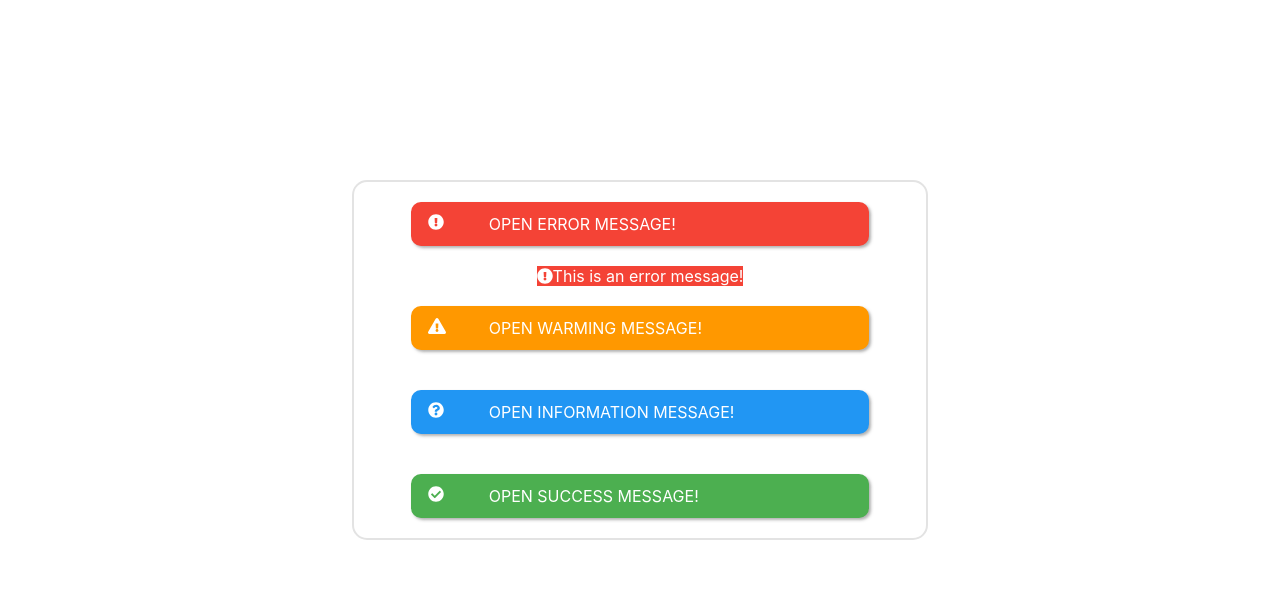
Repository: KrzysKolo/sr_tydzien5_zad2
Page: /, after clicking the first element matching `div.btn`
An editor plug-in stored every save of this project. The page is shown before and after the next save, followed by the edit.
The browser window is 1280 px wide. The pictures show the whole page.
The project was rebuilt for these pictures with package versions that can differ from the ones it lists, and the page was loaded fresh each time.

Above is the page before, as saved 2020-12-28 03:41:41.

After the next save:
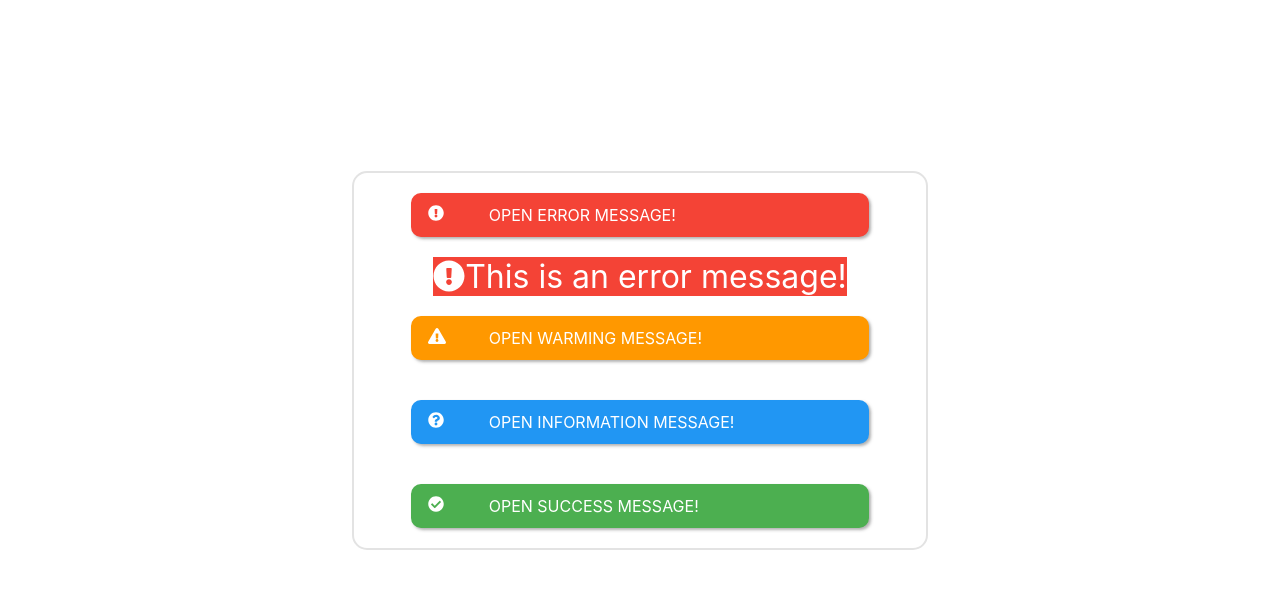
Saved 36 s later.
--- a/src/App.css
+++ b/src/App.css
@@ -33,6 +33,9 @@ body {
   box-shadow: 2px 2px 3px rgba(102, 102, 102, 0.5);
   transition: all 0.3s ease-in-out;
 }
+.snackbar {
+  font-size: 2rem;
+}
 .error {
   color: white;
   background: rgb(244, 67, 54);
